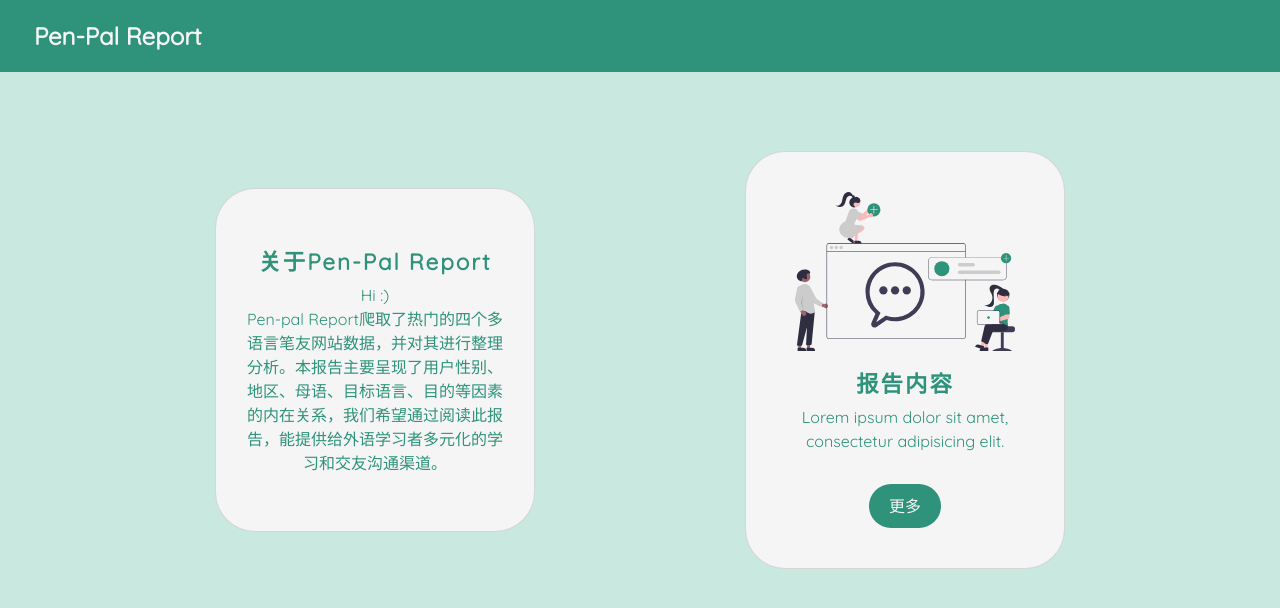
Repository: warrior1803-wang/penpal-report
Page: dist/index.html
An editor plug-in stored every save of this project. The page is shown before and after a run of saves, followed by the edit.
The browser window is 1280 px wide. The pictures show the whole page.

Above is the page before, as saved 2021-07-03 01:11:54.

### dist/index.html
<!DOCTYPE html>
<html lang="en" >
<head>
  <meta charset="UTF-8">
  <title>CodePen - Test Card homepage AIS</title>
  <link rel='stylesheet' href='https://cdnjs.cloudflare.com/ajax/libs/twitter-bootstrap/4.1.3/css/bootstrap.min.css'><link rel="stylesheet" href="./style.css">

</head>
<body>
  <div class="navbar">
    <a class="title" href="#">Pen-Pal Report</a>
  </div>
<div class="container">

  <div class="card">
    <!-- <div class="icon">
      <img src="https://image.flaticon.com/icons/svg/1767/1767591.svg" alt="">
    </div> -->
    <div class="contentBx">
      <h2>关于Pen-Pal Report</h2>
        <p>Hi :) <br>
          Pen-pal Report爬取了热门的四个多语言笔友网站数据，并对其进行整理分析。本报告主要呈现了用户性别、地区、母语、目标语言、目的等因素的内在关系，我们希望通过阅读此报告，能提供给外语学习者多元化的学习和交友沟通渠道。</p>
      <!-- <a href="#"><span>En Savoir plus</span></a> -->
    </div>
  </div>
    <div class="card">
    <div class="icon">
      <img src="img/friends.svg" alt="">
    </div>
    <div class="contentBx">
      <h2>报告内容</h2>
        <p>Lorem ipsum dolor sit amet, consectetur adipisicing elit.</p>
      <a href="#"><span>更多</span></a>
    </div>
  </div>

</div>


</body>
</html>

### dist/style.css
@import url('https://fonts.googleapis.com/css?family=Quicksand&display=swap');

* {
  padding: 0;
  margin: 0;
  box-sizing: border-box;
}


body {
  background-color: #C8E8E0;
  display: flex;
  justify-content: center;
  align-items: center;
  min-height: 100vh;
  font-family: 'Quicksand', sans-serif;
}
.navbar{
  height: 10vh;
  width: 100%;

  /* position: fixed; */
  background-color: #2E937A;
 position: absolute;
 top: 0;
}
.navbar a.title{
  display: fixed;
     float: left;
    color:whitesmoke;
    text-decoration: none;
    font-size: 24px;
    font-weight: bolder;

    margin-left: 18px;
}

.container {
  /* position: relative; */
  display: flex;
  justify-content: space-around;
  align-items: center;
  flex-wrap: wrap;
  padding: 40px;
}

.container .card {
  width: 320px;
  margin: 20px;
  padding: 40px 30px;
  background-color: whitesmoke;
  /* box-shadow: -6px -6px 20px rgba(255, 255, 255, 1), */
  /* 6px 6px 20px rgba(0, 0, 0, 0.1); */
  border-radius: 40px;
}

.container .card:hover {
   box-shadow: inset -6px -6px 10px rgba(255, 255, 255, 0.5),
  inset 6px 6px 20px rgba(0, 0, 0, 0.05);
}

.container .card .icon {
  position: relative;
  text-align: center;
}

.container .card .icon img {
  max-width: 220px;
}

.container .card .contentBx {
  position: relative;
  margin-top: 20px;
  text-align: center;
}

.container .card .contentBx h2 {
  color: #2E937A;
  font-weight: 700;
  font-size: 1.4em;
  letter-spacing: 2px;
}

.container .card .contentBx p {
  color: #2E937A;
}

.container .card .contentBx a {
  display: inline-block;
  padding: 10px 20px;
  margin-top: 15px;
  border-radius: 40px;
  color: whitesmoke;
  font-size: 16px;
  text-decoration: none;
  background-color: #2E937A;
  /* box-shadow: -4px -4px 15px rgba(255, 255, 255, 1),
  4px 4px 15px rgba(0, 0, 0, 0.1); */
}

.container .card .contentBx a:hover {
  box-shadow: inset -4px -4px 10px rgba(255, 255, 255, 0.5),
  inset 4px 4px 10px rgba(0, 0, 0, 0.1);
}

.container .card a:hover span {
  display: block;
  transform: scale(0.98);
}

.container .card:hover .icon,
.container .card:hover .contentBx {
  transform: scale(0.98);
}

After the next 2 saves:
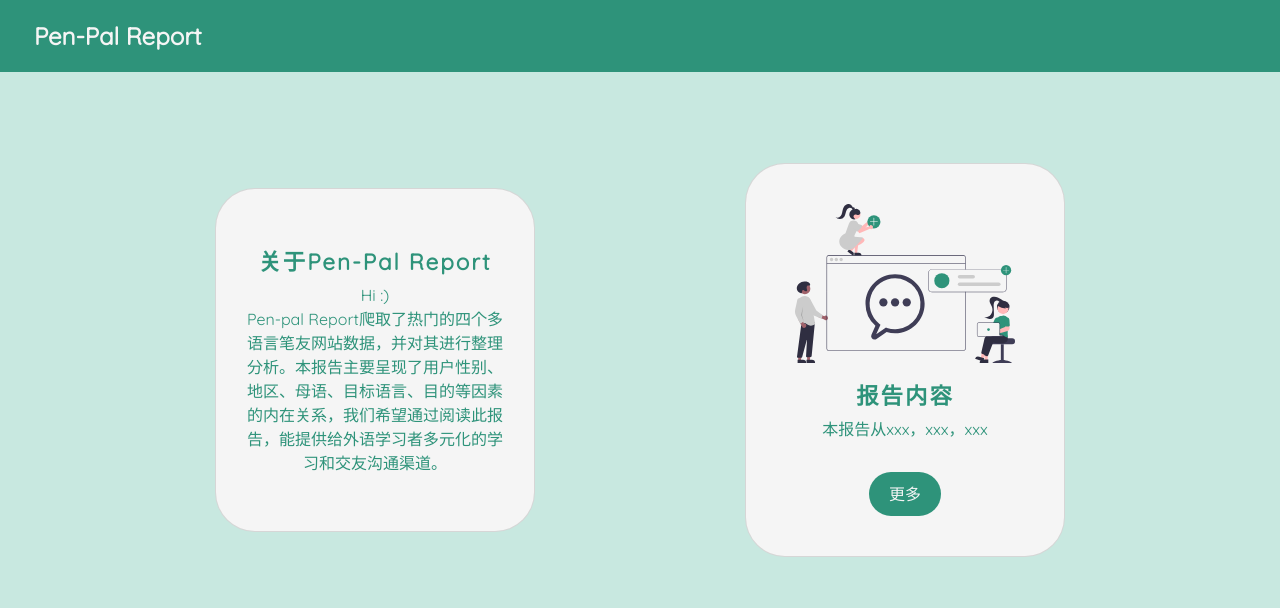
The 2 saves are shown as one change because they came seconds apart.
The last was saved 10 s later.
--- a/dist/index.html
+++ b/dist/index.html
@@ -29,7 +29,7 @@
     </div>
     <div class="contentBx">
       <h2>报告内容</h2>
-        <p>Lorem ipsum dolor sit amet, consectetur adipisicing elit.</p>
+        <p>本报告从xxx，xxx，xxx</p>
       <a href="#"><span>更多</span></a>
     </div>
   </div>
